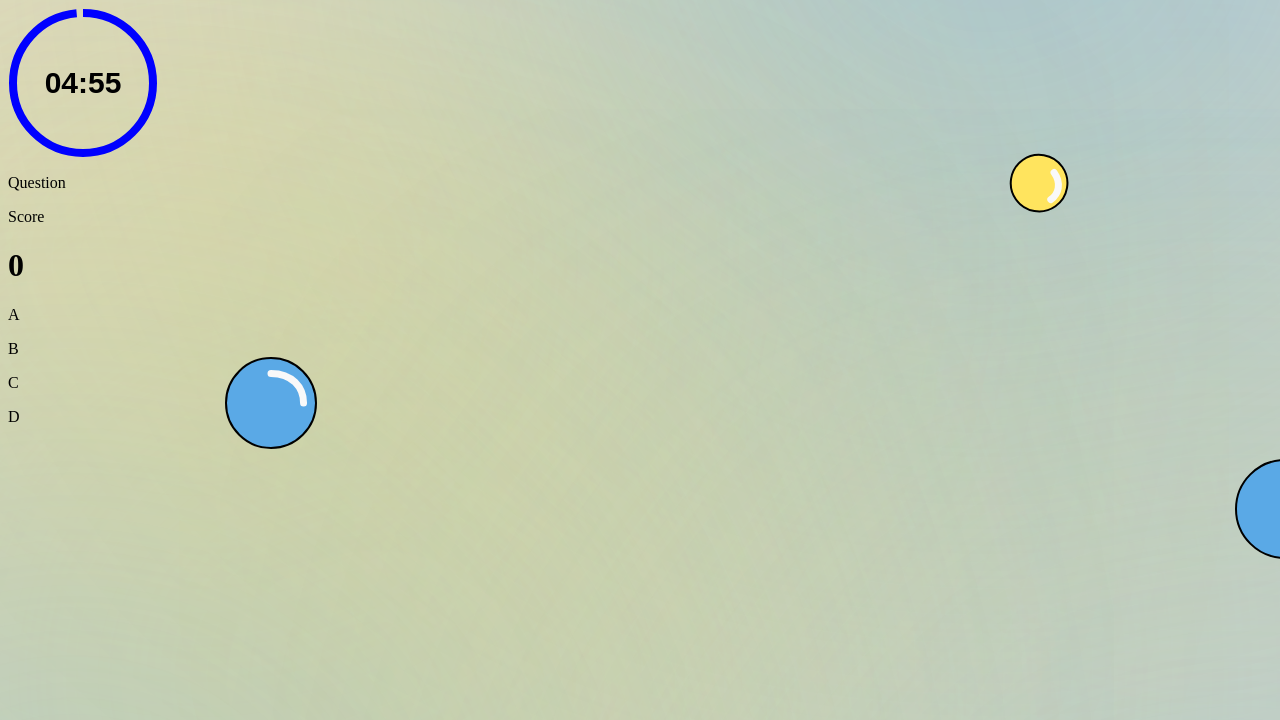
Repository: sierralaurent/SmartiePants
Page: quiz.html
An editor plug-in stored every save of this project. The page is shown before and after the next save, followed by the edit.
The browser window is 1280 px wide. The pictures show the whole page.
The page's requests for data from a server got no answer.

Above is the page before, as saved 2023-05-16 12:50:54.

After the next save:
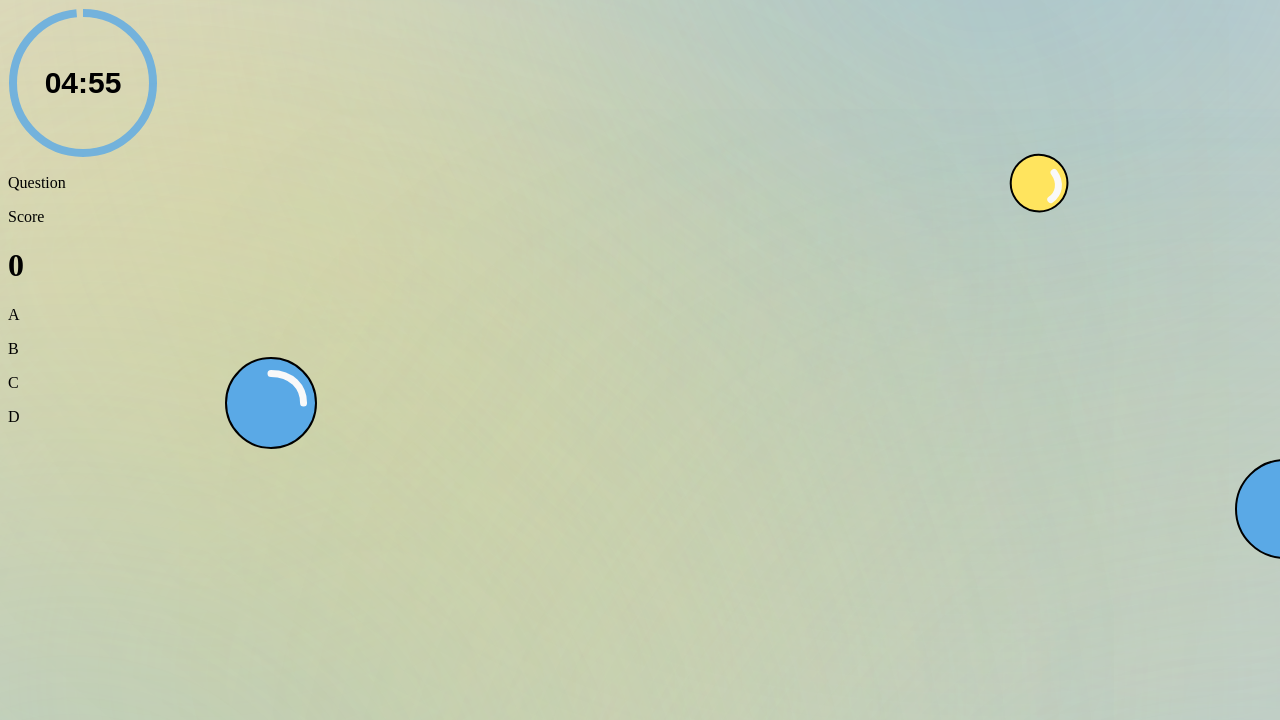
Saved 36 s later.
--- a/quiz.css
+++ b/quiz.css
@@ -12,7 +12,7 @@ body {
     #time .circle svg circle{
         fill: transparent;
         stroke-width: 8;
-        stroke: blue;
+        stroke: rgba(90, 169, 230, 0.8);
         transform: translate(5px,5px);
         stroke-dasharray: 440;
     }
